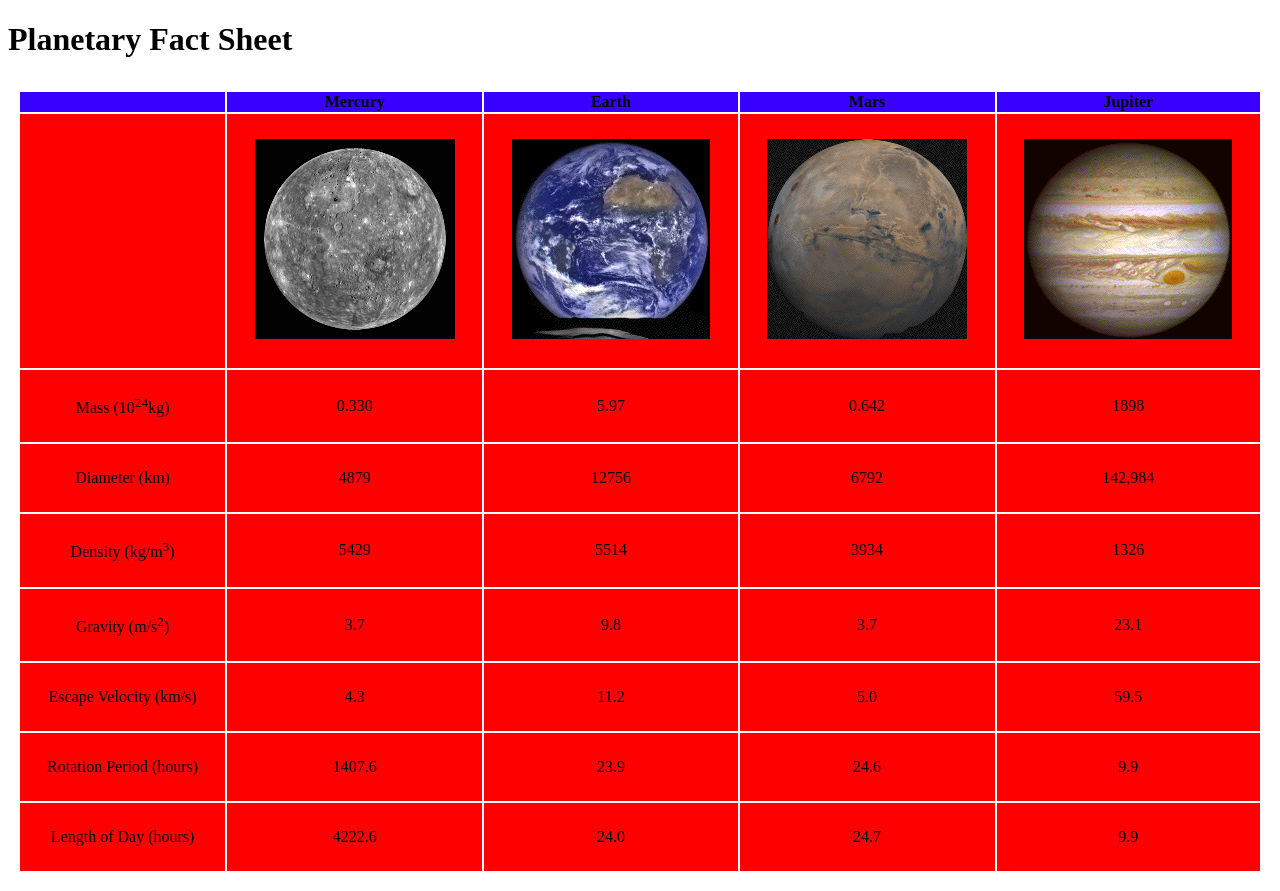
Repository: rishondass/ITMD361-Lab5
Page: index.html
These files come from the project's save history. The page is drawn as it stood at one moment and after the next save; the edit follows.
The browser window is 1280 px wide. The pictures show the whole page.

Above is the page before, as saved 2023-02-22 19:11:09.

### index.html
<!DOCTYPE html>
<html lang="en">
<head>
  <meta charset="utf-8">
  <title>Planetary Fact Sheet</title>
  <link rel="stylesheet" href="css/style.css">
</head>
<body>
  <h1>Planetary Fact Sheet</h1>
  <table id="planets">
    <thead>
      <tr>
        <th></th>
        <th>Mercury</th>
        <th>Earth</th>
        <th>Mars</th>
        <th>Jupiter</th>
      </tr>
    </thead>
    <tbody>
      <tr>
        <td></td>
        <td><img src="images/mercury.gif" alt="image_of_Mercury"></td>
        <td><img src="images/earth.gif" alt="image_of_Earth"></td>
        <td><img src="images/mars.gif" alt="image_of_Mars"></td>
        <td><img src="images/jupiter.gif" alt="image_of_Jupiter"></td>
      </tr>
      <tr class="data">
        <td>Mass (10<sup>24</sup>kg)</td>
        <td>0.330</td>
        <td>5.97</td>
        <td>0.642</td>
        <td>1898</td>
      </tr>
      <tr class="data">
        <td>Diameter (km)</td>
        <td>4879</td>
        <td>12756</td>
        <td>6792</td>
        <td>142,984</td>
      </tr>
      <tr class="data">
        <td>Density (kg/m<sup>3</sup>)</td>
        <td>5429</td>
        <td>5514</td>
        <td>3934</td>
        <td>1326</td>
      </tr>
      <tr class="data">
        <td>Gravity (m/s<sup>2</sup>)</td>
        <td>3.7</td>
        <td>9.8</td>
        <td>3.7</td>
        <td>23.1</td>
      </tr>
      <tr class="data">
        <td>Escape Velocity (km/s)</td>
        <td>4.3</td>
        <td>11.2</td>
        <td>5.0</td>
        <td>59.5</td>
      </tr>
      <tr class="data">
        <td>Rotation Period (hours)</td>
        <td>1407.6</td>
        <td>23.9</td>
        <td>24.6</td>
        <td>9.9</td>
      </tr>
      <tr class="data">
        <td>Length of Day (hours)</td>
        <td>4222.6</td>
        <td>24.0</td>
        <td>24.7</td>
        <td>9.9</td>
      </tr>
    </tbody>
  </table>
</body>

### css/style.css
#planets {
	border: none;
  padding: 10px;
  /* background-color: aqua; */
  width: 100%;
  text-align: center;
  /* height: 80vh; */
}

#planets tr td{
  background-color: red;
  padding: 25px;
}

#planets tr:nth-child(odd){
  background-color: rgb(55, 0, 255);
}

After the next save:
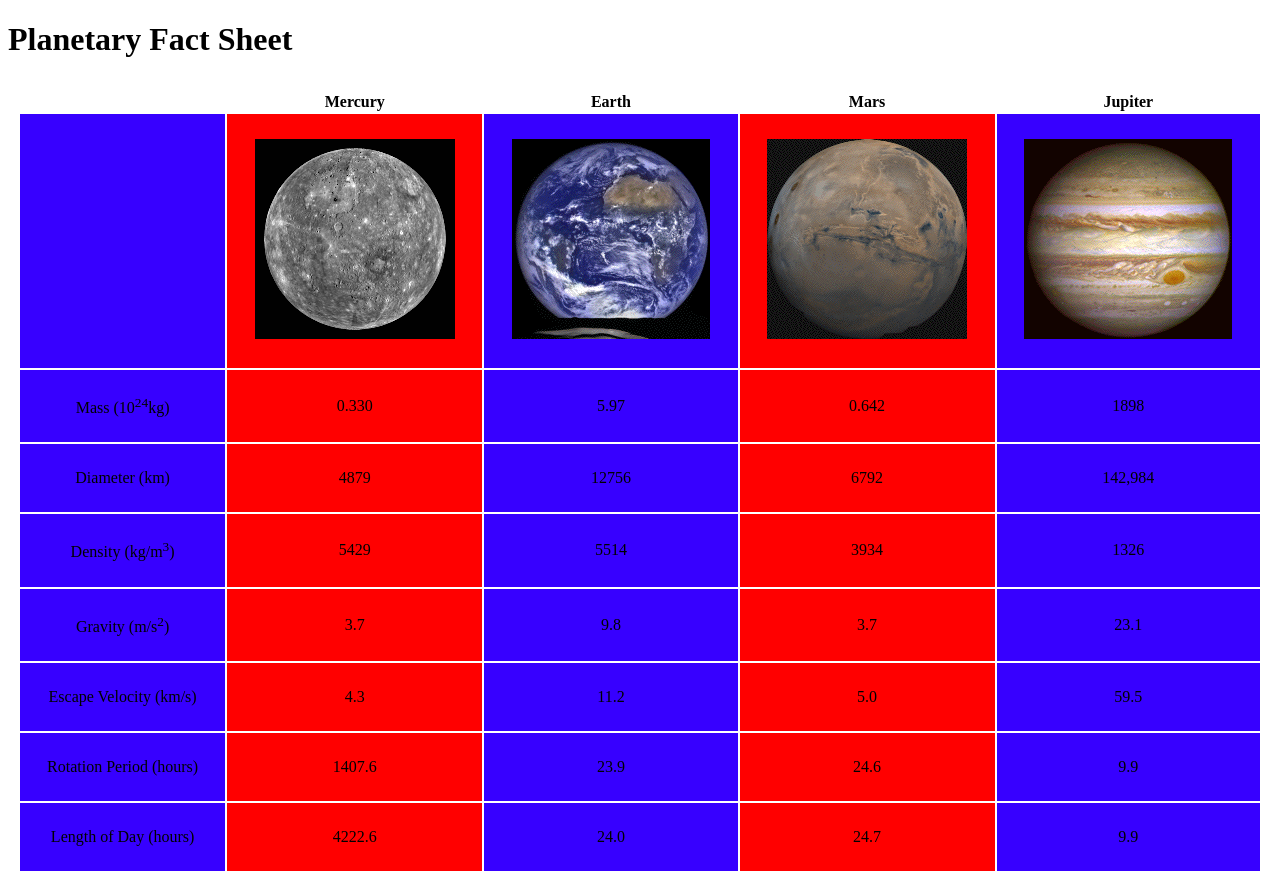
Saved 14 s later.
--- a/css/style.css
+++ b/css/style.css
@@ -12,6 +12,6 @@
   padding: 25px;
 }
 
-#planets tr:nth-child(odd){
+#planets td:nth-child(odd){
   background-color: rgb(55, 0, 255);
 }
